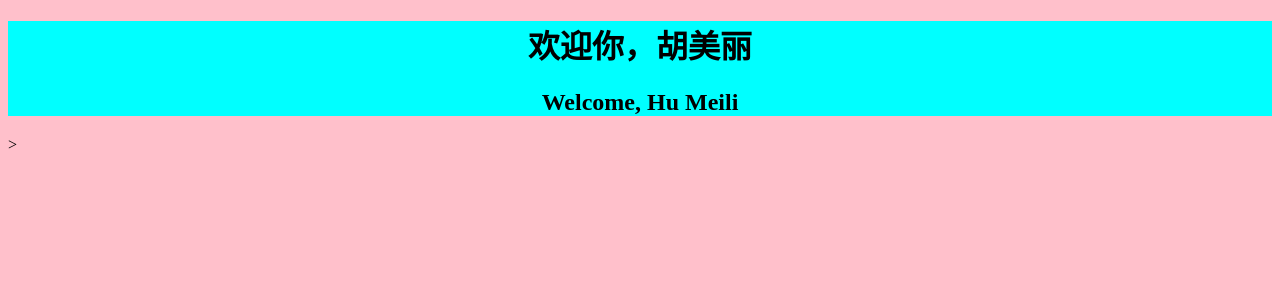
Repository: NanmeiYC/NanmeiYC.github.io
Page: zhuye.html
These files come from the project's save history. The page is drawn as it stood at one moment and after a run of saves; the edit follows.
The browser window is 1280 px wide. The pictures show the whole page.

Above is the page before, as saved 2021-05-28 23:29:46.

### zhuye.html
<!DOCTYPE html>
<html>
    <head>
        <meta http-equiv="Content-Type" content="text/html; charset=UTF-8">
        <title>欢迎我们美丽大方温柔善良的胡美丽</title>
    </head>
    <body bgcolor="pink">
        <body>
            <div align="center" style="background-color: aqua;">
            <h1>欢迎你，胡美丽</h1>
            <h2>Welcome, Hu Meili</h2>
            </div>
        </body>>
        <table>
            <tr align="center" cellpadding="10" width="1000" style="background-color: hotpink;"></tr>
        </table>
    </body>
</html>

After the next 2 saves:
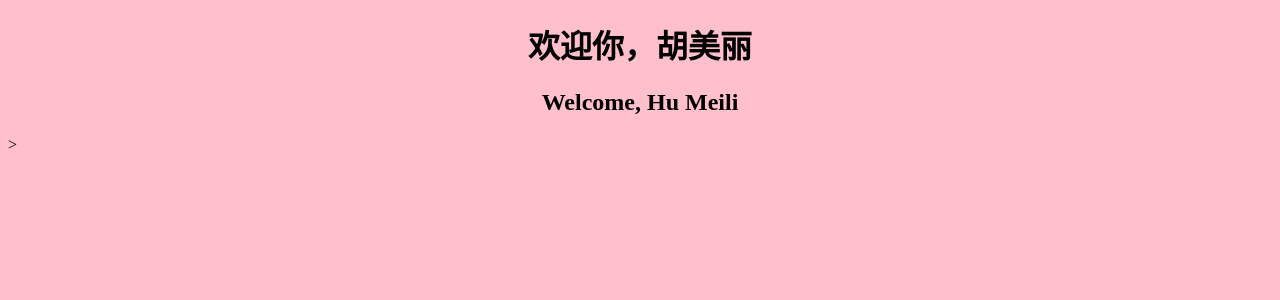
The 2 saves are shown as one change because they came seconds apart.
The last was saved 32 s later.
--- a/zhuye.html
+++ b/zhuye.html
@@ -6,7 +6,7 @@
     </head>
     <body bgcolor="pink">
         <body>
-            <div align="center" style="background-color: aqua;">
+            <div align="center">
             <h1>欢迎你，胡美丽</h1>
             <h2>Welcome, Hu Meili</h2>
             </div>
